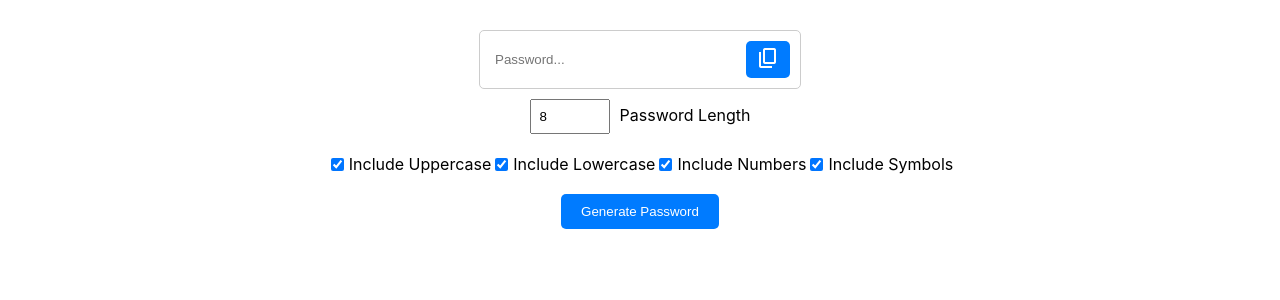
Repository: sriram1224/pass-generator
Page: /
An editor plug-in stored every save of this project. The page is shown before and after the next save, followed by the edit.
The browser window is 1280 px wide. The pictures show the whole page.
The project was rebuilt for these pictures with package versions that can differ from the ones it lists, and the page was loaded fresh each time.

Above is the page before, as saved 2024-03-21 20:18:14.

After the next save:
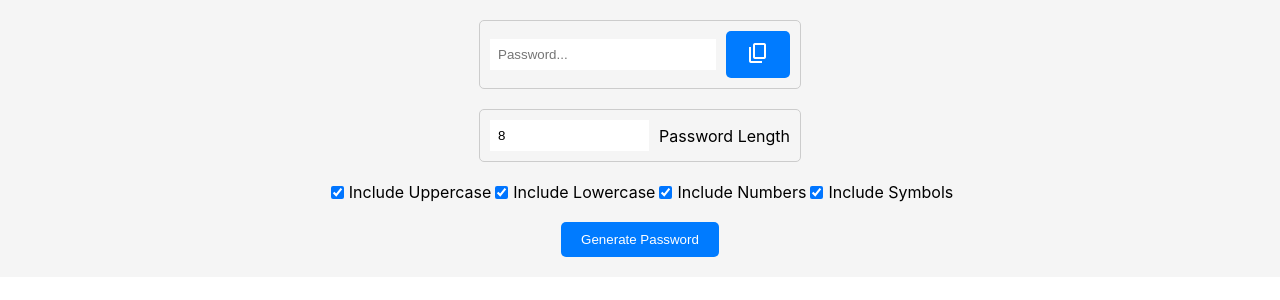
Saved 2 min 12 s later.
--- a/src/App.css
+++ b/src/App.css
@@ -3,25 +3,31 @@
   flex-direction: column;
   align-items: center;
   padding: 20px;
+  background-color: #f5f5f5;
 }
 
-.password-input {
+.password-input,
+.length-input {
+  display: flex;
+  align-items: center;
+  justify-content: center;
+  width: 300px;
+  padding: 10px;
+  border: 1px solid #ccc;
+  border-radius: 5px;
   margin-bottom: 20px;
 }
 
-.password-input input {
+.password-input input,
+.length-input input {
+  flex-grow: 1;
   padding: 8px;
+  border: none;
   margin-right: 10px;
 }
 
-.length-input {
-  margin-bottom: 20px;
-}
-
 .length-input input {
-  padding: 8px;
   width: 60px;
-  margin-right: 10px;
 }
 
 .checkboxes {
@@ -34,53 +40,18 @@
   margin-right: 5px;
 }
 
-.generate {
+.generate,
+.copy {
   padding: 10px 20px;
   background-color: #007bff;
   color: #fff;
   border: none;
   border-radius: 5px;
   cursor: pointer;
+  transition: background-color 0.3s ease;
 }
 
-.generate:hover {
+.generate:hover,
+.copy:hover {
   background-color: #0056b3;
 }
-.password-input {
-  display: flex;
-  align-items: center;
-  justify-content: center;
-  width: 300px;
-  padding: 10px;
-  border: 1px solid #ccc;
-  border-radius: 5px;
-  margin: 10px 0;
-}
-
-.password-input input[type="text"] {
-  flex-grow: 1;
-  border: none;
-  margin-right: 10px;
-  padding: 5px;
-}
-
-.password-input button {
-  padding: 5px 10px;
-  background-color: #007bff;
-  color: #fff;
-  border: none;
-  border-radius: 5px;
-  cursor: pointer;
-}
-
-.password-input button:hover {
-  background-color: #0056b3;
-}
-.copy{
-
-  background-color: #007bff;
-  color: #fff;
-
- border: none;
-  cursor: pointer;
-}
